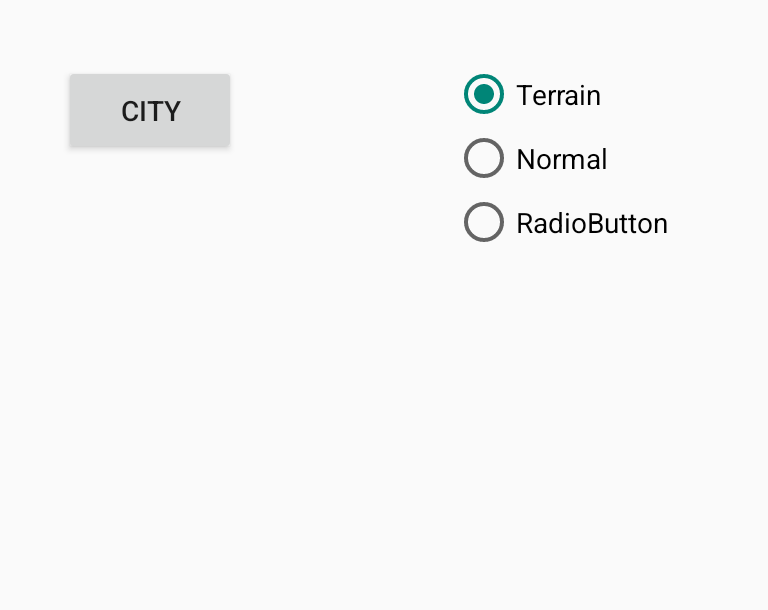
Repository: karakor/SilentSwitch2
Layout: SilentSwitch/res/layout/activity_map.xml
These files come from the project's save history. The layout is drawn as it stood at one moment and after the next save; the edit follows.
The pictures show rows 670 to 1280 of an output 1280 px tall.
It is drawn on a 768 x 1280 px phone screen (xhdpi) without system bars, with theme AppTheme; the app's code is not run.

Above is the layout before, as saved 2015-03-02 10:04:04.

### SilentSwitch/res/layout/activity_map.xml
<RelativeLayout xmlns:android="http://schemas.android.com/apk/res/android"
    xmlns:tools="http://schemas.android.com/tools"
    android:layout_width="match_parent"
    android:layout_height="match_parent"
    android:paddingBottom="@dimen/activity_vertical_margin"
    android:paddingLeft="@dimen/activity_horizontal_margin"
    android:paddingRight="@dimen/activity_horizontal_margin"
    android:paddingTop="@dimen/activity_vertical_margin"
    tools:context="com.example.silentswitch.Map_Screen" >

    <TextView
        android:id="@+id/header"
        android:layout_width="wrap_content"
        android:layout_height="wrap_content"
        android:text="@string/hello_world" />

    <TextView
        android:id="@+id/tv_location"
        android:layout_width="wrap_content"
        android:layout_height="wrap_content"
        android:visibility="invisible" />

    <fragment
        android:id="@+id/map"
        android:name="com.google.android.gms.maps.SupportMapFragment"
        android:layout_width="350dp"
        android:layout_height="300dp"
        android:layout_below="@id/tv_location" >
    </fragment>

    <Button
        android:id="@+id/btnCity"
        android:layout_width="wrap_content"
        android:layout_height="wrap_content"
        android:layout_alignLeft="@+id/map"
        android:layout_below="@+id/map"
        android:layout_marginLeft="15dp"
        android:layout_marginTop="31dp"
        android:text="@string/btn_City" />

    <RadioGroup
        android:id="@+id/radioGroup1"
        android:layout_width="wrap_content"
        android:layout_height="wrap_content"
        android:layout_alignRight="@+id/map"
        android:layout_alignTop="@+id/btnCity"
        android:layout_marginRight="32dp" >

        <RadioButton
            android:id="@+id/radio0"
            android:layout_width="wrap_content"
            android:layout_height="wrap_content"
            android:checked="true"
            android:text="@string/str_rb_terrain" />

        <RadioButton
            android:id="@+id/radio1"
            android:layout_width="wrap_content"
            android:layout_height="wrap_content"
            android:text="@string/str_rb_normal" />

        <RadioButton
            android:id="@+id/radio2"
            android:layout_width="wrap_content"
            android:layout_height="wrap_content"
            android:text="RadioButton" />
    </RadioGroup>

</RelativeLayout>

### SilentSwitch/res/values/strings.xml
<?xml version="1.0" encoding="utf-8"?>
<resources>

    <string name="app_name">SilentSwitch</string>
    <string name="hello_world">Hello world!</string>
    <string name="action_settings">Settings</string>
    <string name="Alarm_btn">ALARM</string>
    <string name="Map_btn">MAP</string>
    <string name="title_activity_map__screen">Map_Screen</string>
    <string name="btn_City">City</string>
    <string name="str_rb_normal">Normal</string>
    <string name="str_rb_satellite">Satellite</string>
    <string name="menu_settings">Settings</string>
    <string name="str_rb_terrain">Terrain</string>
</resources>

Loaded but not shown: SilentSwitch/res/values/styles.xml (common file); SilentSwitch/res/values-v11/styles.xml (common file); SilentSwitch/res/values-v14/styles.xml (common file); SilentSwitch/res/values/dimens.xml (common file); SilentSwitch/res/values-w820dp/dimens.xml (common file)

After the next save:
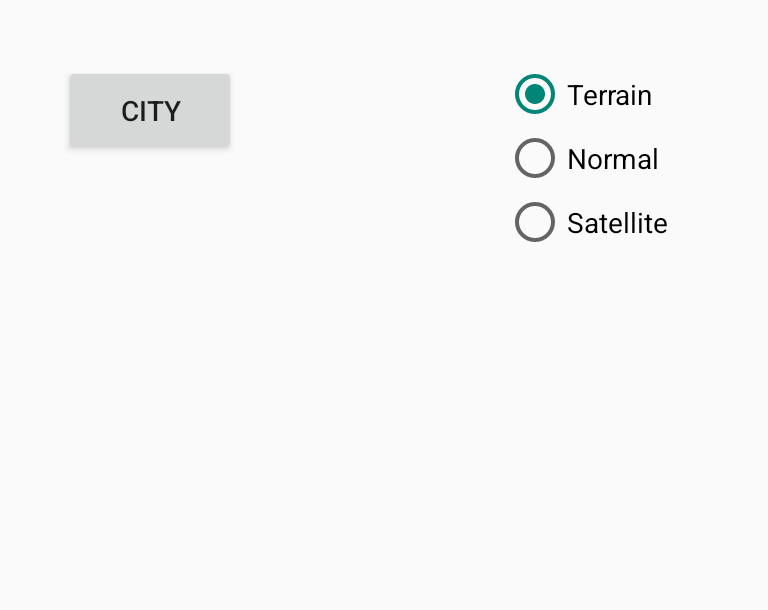
Saved 24 s later.
--- a/SilentSwitch/res/layout/activity_map.xml
+++ b/SilentSwitch/res/layout/activity_map.xml
@@ -63,7 +63,7 @@
             android:id="@+id/radio2"
             android:layout_width="wrap_content"
             android:layout_height="wrap_content"
-            android:text="RadioButton" />
+            android:text="@string/str_rb_satellite" />
     </RadioGroup>
 
 </RelativeLayout>
